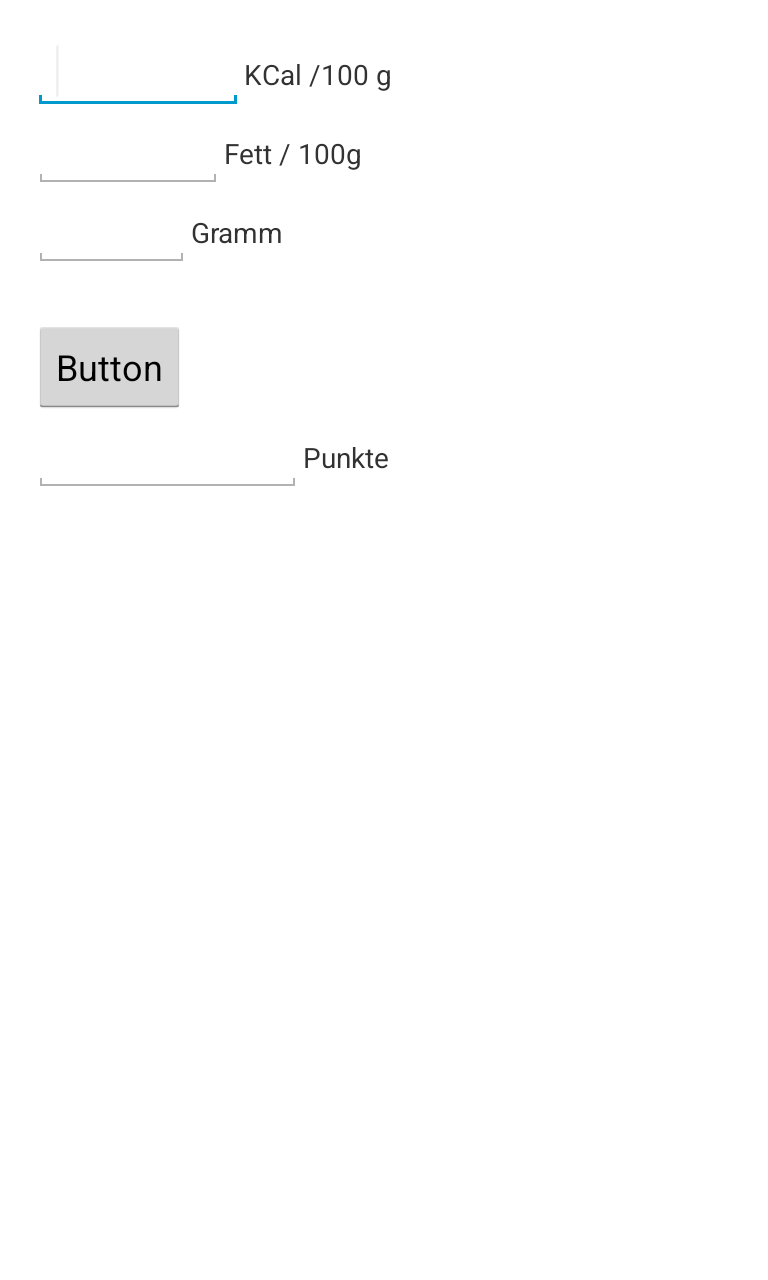
Repository: mikereckhaus/BineWatchers
Layout: BineWatchers/res/layout/activity_main.xml
An editor plug-in stored every save of this project. The layout is shown before and after the next save, followed by the edit.
It is drawn on a 768 x 1280 px phone screen (xhdpi) without system bars, with theme AppTheme; the app's code is not run.

Above is the layout before, as saved 2014-01-07 20:08:53.

After the next save:
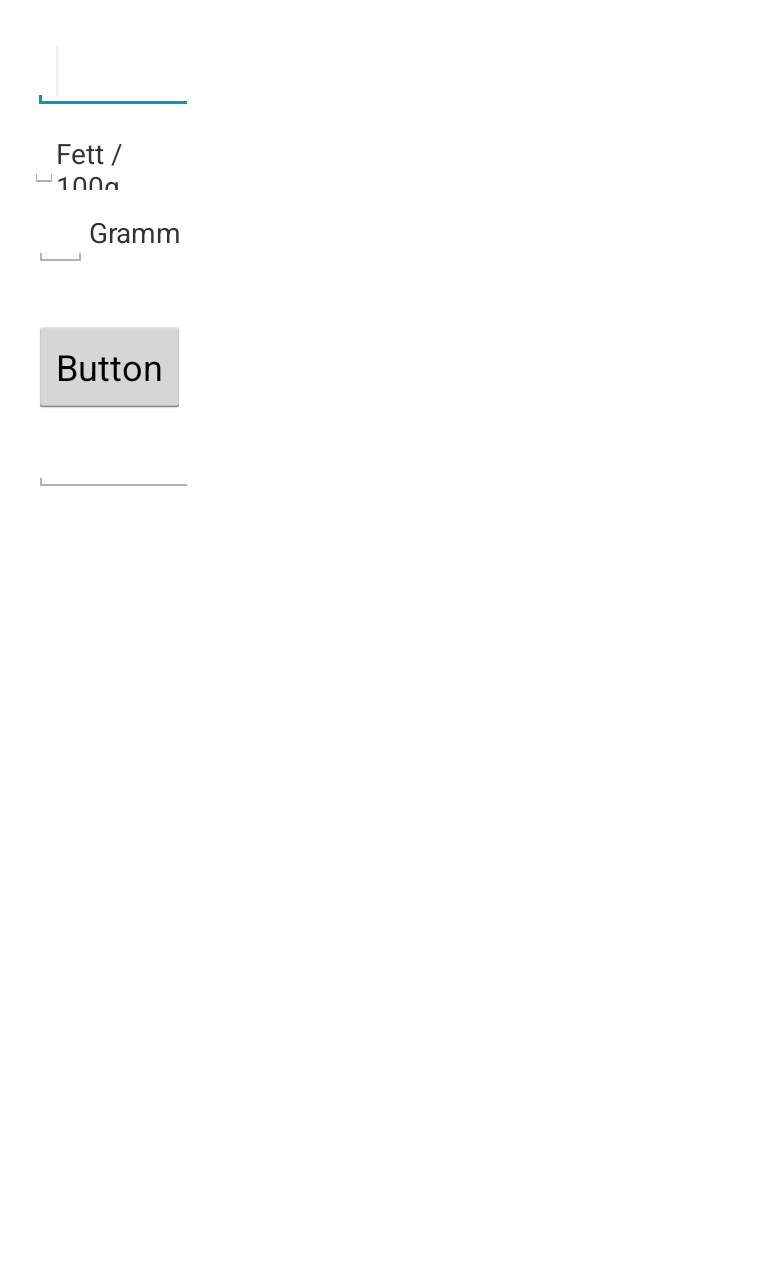
Saved 88 s later.
--- a/BineWatchers/res/layout/activity_main.xml
+++ b/BineWatchers/res/layout/activity_main.xml
@@ -15,27 +15,32 @@
         android:layout_alignParentTop="true"
         android:orientation="vertical" >
 
-        <LinearLayout
-            android:layout_width="wrap_content"
-            android:layout_height="wrap_content" >
+        <TabWidget
+                    android:id="@android:id/tabs"
+                    android:layout_height="wrap_content"
+                    android:layout_width="fill_parent">
 
-            <EditText
-                android:id="@+id/editTextKCal"
-                android:layout_width="106dp"
-                android:layout_height="wrap_content"
-                android:inputType="numberDecimal" >
+	        <LinearLayout
+	            android:layout_width="wrap_content"
+	            android:layout_height="wrap_content" >
 
-                <requestFocus />
-            </EditText>
+	            <EditText
+	                android:id="@+id/editTextKCal"
+	                android:layout_width="106dp"
+	                android:layout_height="wrap_content"
+	                android:inputType="numberDecimal" >
 
-            <TextView
-                android:id="@+id/textView1"
-                android:layout_width="wrap_content"
-                android:layout_height="wrap_content"
-                android:layout_weight="1"
-                android:text="KCal /100 g" />
-        </LinearLayout>
+	                <requestFocus />
+	            </EditText>
 
+	            <TextView
+	                android:id="@+id/textView1"
+	                android:layout_width="wrap_content"
+	                android:layout_height="wrap_content"
+	                android:layout_weight="1"
+	                android:text="KCal /100 g" />
+	        </LinearLayout>
+</TabWidget>
         <LinearLayout
             android:layout_width="match_parent"
             android:layout_height="wrap_content" >
